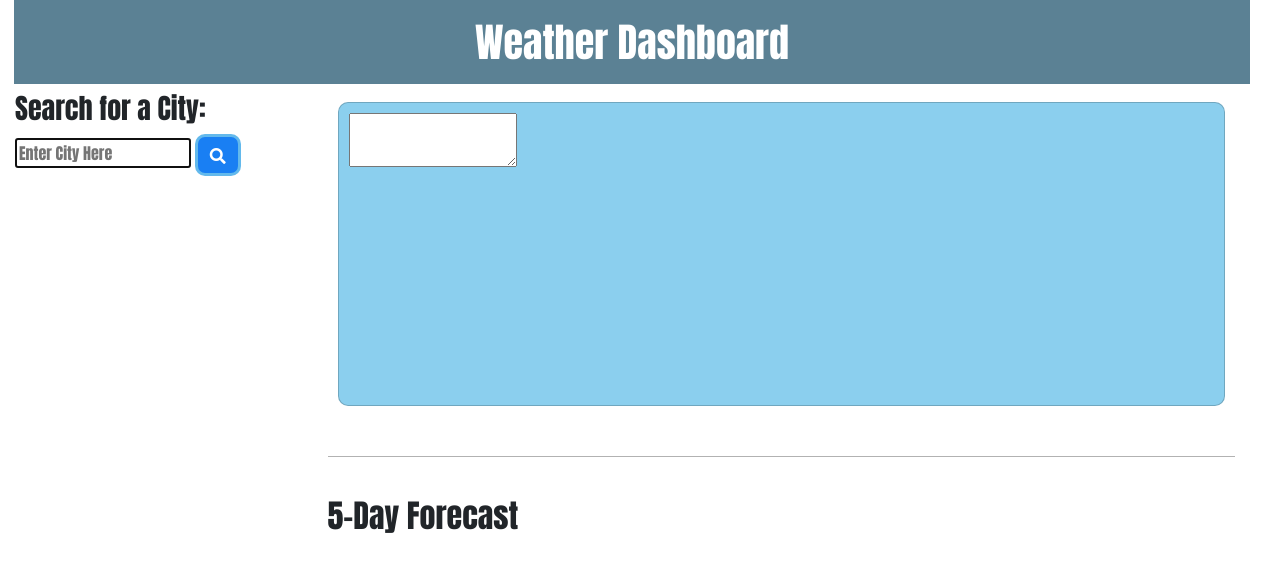
Repository: KHudaKoz/Weather-dashboard
Page: index.html
The author's editor kept a copy of each file at every save. The page is drawn from the files as they stood at one save, then again after a run of saves.
The browser window is 1280 px wide. The pictures show the whole page.
Some web libraries are served in a nearby version.

Above is the page before, as saved 2021-01-31 18:54:46.

### index.html
<!DOCTYPE html>
<html lang="en">

<head>
    <meta charset="UTF-8">
    <meta name="viewport" content="width=device-width, initial-scale=1.0">
    <!-- external stylesheets start -->
    <link rel="stylesheet" href="https://stackpath.bootstrapcdn.com/bootstrap/4.3.1/css/bootstrap.min.css" />
    <link rel="stylesheet" href="https://use.fontawesome.com/releases/v5.8.1/css/all.css"
        integrity="sha384-50oBUHEmvpQ+1lW4y57PTFmhCaXp0ML5d60M1M7uH2+nqUivzIebhndOJK28anvf" crossorigin="anonymous" />
    <link href="https://fonts.googleapis.com/css?family=Open+Sans&display=swap" rel="stylesheet" />
    <!-- external stylesheets end -->
    <!-- local stylesheets start -->
    <link rel="stylesheet" href="assets\css\style.css" />
    <!-- local stylesheets end -->
    <title>Weather Dashboard</title>

</head>

<body class="flex-column min-100-vh">
    <header class="hero">
        <h1 class="dashboard-title">Weather Dashboard</h1>
    </header>

    <main class="container">
        <div class="row">
            <div class="col-3 col-md-3">
                <div class="card">
                    <h3 class="search-header">Search for a City:</h3>
                    <div id="search-form" class="search">
                        <input id="citySearch" class="city-search-input" type="text" autofocus="true" autocomplete="off"
                            placeholder="Enter City Here" />
                        <button id="search-button" class="btn searchBtn"><i
                                class="fas fa-search"></i></button>
                    </div>
                </div>
                <!-- HISTORY SEARCH LIST -->
                <div class="card"></div>
                <div id="select-city" class="city-selected">
                    <section id="button" class="fuckup"> </section>

                    <!-- list section to display city search history for user recall -->
                    <div id="history-area" class="history list">
                    </div>
                </div>
            </div>
               <div class="col-9 col-md-9">
            <div class="current-weather-container">
                <div id="current-weather"><textarea> </textarea></div>
                <div id="uv-display-styles"></div>
            </div>
            <br>
            <hr>
            <br>
            <h2>5-Day Forecast</h2>
            <div id="5day" class="row">

            </div>
        </div>
        </div>

    </main>
    <script src="https://code.jquery.com/jquery-3.5.1.min.js"></script>
    <script src="https://cdnjs.cloudflare.com/ajax/libs/moment.js/2.24.0/moment.min.js"></script>
    <script src="assets\js\script.js"></script>
</body>

</html>

### assets/css/style.css
:root {
    --primary-color: #5b8194;
    --secondary-color: #ffffff;
    --tertiary-color: #3b5475a6;
  }
*{
    box-sizing: border-box;
    font-family:Impact, Haettenschweiler, 'Arial Narrow Bold', sans-serif;
}


/* start of css */
.dashboard-title {
    background-color: var(--primary-color);
    color: white;
    text-align: center;
    padding: 18px;
    font-weight: lighter;
    margin-right: 30px;
    margin-left: 14px;

}
.container {
    display: flex;
    justify-content: space-between;
    max-width: 100%;
}
.col-sm-8 {
    padding-top: 10px;
}
.row {
    width: 100%;
}
.current-weather-container {
    display: flex;
    background-color: rgba(115, 197, 235, 0.829);
    height: 19rem;
    border: 1px solid rgba(7, 7, 7, 0.2);
    border-radius: 10px;
    margin: 10px;
    padding: 10px;
}

.search-box{
    border: none;
}
.card {
    border: none;
}

.card-header {
    padding: 5px 0px 5px 0px;
    border-bottom: none;
    font-size: 25px;
}

.btn {
    border: 1px solid var(--primary-color);
}
.searchBtn {
    background: rgb(25, 127, 243);
    color: white;
    border: 3px solid rgba(115, 197, 235, 0.829);
    border-radius: 10px;
}

hr {
    border-top: 1px solid black;
    opacity: 0.3;
}

#button {
    display: flex;
    flex-flow: column;
    max-width: 60%;
    background-color: rgba(7, 7, 7, 0.8);
}

.fave {
  background-color: seagreen;
  padding: .2cm;
  border-radius: .14cm;
  box-shadow: rgb(44, 46, 49);

}

.mode{
    background-color: yellow;
    padding: .2cm;
    border-radius: .14cm;
    box-shadow: rgb(44, 46, 49);
}

.seve {
   background-color: red;
   padding: .2cm;
    border-radius: .14cm;
    box-shadow: rgb(44, 46, 49);
}

### assets/js/script.js

//START OF GLOBAL VAR'S

//STORAGE ARRAY FOR SETTING and GETTING.
var cityHistory = []

//SET VAR SET CITYHISTORY STORAGE UNIVERSAL VARIBLE
var memorySet = function () {
    localStorage.setItem("cityHistory", JSON.stringify(cityHistory))
}


//SET VAR MY CITY RETRIEVE
var memoryLoad = function () {
    cityHistory = JSON.parse(localStorage.getItem("cityHistory")) || [];

}

function add(cityName) {
    var element = document.createElement("button");
    element.textContent = cityName;
    element.classList.add('historyChoice');
    element.id = "data-history";
    element.setAttribute('value', cityName),
        document.getElementById('button').appendChild(element);

    console.log(cityName)
}

function card(fiveDw) {
    var container = $('<div>');
    container.addClass("m-3 5para")
    //Date Ele Formating
    var dDate = new Date(fiveDw.dt * 1000);
    // Date specific by order.
    var date = $("<p>").text(dDate.getDay() + "/" + dDate.getMonth() + "/" + dDate.getUTCFullYear());
    var symbols = $('<img>').attr("src", "https://openweathermap.org/img/wn/" + fiveDw.weather[0].icon + ".png")
    var humidity = $("<p>").text(fiveDw.humidity)
    var temp = $("<p>").text(fiveDw.temp.day)
    container.append(date, symbols, temp, humidity)
    $('#5day').append(container)
    //console.log(fiveDw)

}

//FUNCTION FOR EVENT HANDLER LOCATED IN HTML

function myFunction(citySearch) {


    // let citySearch = document.querySelector('#citySearch').value;

    // BEGINNING OF API
    fetch(
        'http://api.openweathermap.org/data/2.5/weather?q=' + citySearch + '&units=Imperial&appid=80537c5878d1c4c5e4b0fb4912dedc85'
    )
        //PROMISE ONE HANDLING DATA RESPONSE
        .then(function (response) {
            return response.json();
        })
        //PROM TWO WORKING WITH DATA RECEIVED
        .then(function (data) {
            //VAR RETRIEVE

            var cityList = data.name;
            if (!data.name) {
                return;
            }
            //PREPPING FOR MEMORY STORAGE WITH VAR DUPLICATE BOLEAN STATEMENT T/F
            var duplicate = false;
            for (let i = 0; i < cityHistory.length; i++) {
                const element = cityHistory[i];

                if (element == cityList) {
                    duplicate = true;
                }

                //console.log(cityList);
            }
            if (!duplicate) {
                cityHistory.push(cityList);
                add(cityList);
                // SET TO STORGE WITH CITYLIST
                memorySet()
            }

            fetch('http://api.openweathermap.org/data/2.5/onecall?lat=' + data.coord.lat + '&lon=' + data.coord.lon + '&units=imperial&appid=80537c5878d1c4c5e4b0fb4912dedc85')

                .then(function (responseUv) {
                    return responseUv.json();
                })

                .then(function (data1) {
                    var uvPlease = data1.daily[0].uvi;
                    console.log(data1);
                    console.log(data);


                    // ADD VARS FOR DYNAMIC FOR MAIN TEMP
                    $("#current-weather").empty();
                    var mainDate = moment().format('L');
                    var cityNameEl = $("<h2>").text(data.name);
                    var dateDisplay = cityNameEl.append("  " + mainDate);
                    var symbols = $('<img>').attr("src", "https://openweathermap.org/img/wn/" + data1.current.weather[0].icon + ".png")
                    var tempEL = $("<p>").text("Tempature : " + data.main.temp + " °" + "F");
                    var humEl = $("<p>").text("Humidity :  " + data.main.humidity + " RH");
                    var windEl = $("<p>").text("Wind Speed :  " + data.wind.speed + "  Mph");
                    var UvEl = $("<texta>").text('UVI: ' + uvPlease);

                    // APPEND DYNAMIC MAIN TEMP
                    var newDiv = $('<div>');
                    newDiv.append(dateDisplay, symbols, tempEL, humEl, windEl, UvEl);
                    $("#current-weather").html(newDiv);


                    // BACKGROUND COLOR CHANGE USING FOR LOOP>

                        // LOW
                        if (uvPlease < 4) {
                            UvEl.addClass("fave")
                        }
                        // Mod
                        else if (uvPlease < 8) {
                            UvEl.addClass("mode")
                        }
                        // HIGh
                        else if (uvPlease < 15) {
                            UvEl.addClass("seve")
                        }




                    // PREVIOUS HISTORY DISPLAY LEFT SIDE DYNAMICALY CRETAT BUTTON


                    //document.getElementById("5day").innerHTML="";
                    $("#5day").empty();
                    for (var i = 1; i < 6; i++) {
                        card(data1.daily[i])

                    }


                });
        })

}


$(document).on("click", ".historyChoice", function (event) {
    var buttonCity = event.target
    var cityName = buttonCity.textContent;
    myFunction(cityName)
});


$('#search-button').on('click', function () {
    let citySearch = document.querySelector('#citySearch').value;
    myFunction(citySearch)
});


$(document).ready(function () {
    memoryLoad();
    for (let i = 0; i < cityHistory.length; i++) {
        const cityList = cityHistory[i];

        add(cityList)
    }


});


    // LOAD ON READY


   // var currentweather = data.weather[0].main;
// Create Functions for button

//function () {city


// fetch (
//      'http://api.openweathermap.org/data/2.5/uvi?lat=' + data.coord.lat + '&lon=' + data.coord.lon + '&units=imperial&appid=80537c5878d1c4c5e4b0fb4912dedc8')

//    .then (function(response) {
//     return response.json();
//    })

//    .then(function(dataUV) {

//    var data = data.value;
//    if(data.vaule >=0 ,2) {

//    }

//     console.log (value)

//    });

//    docume

//    if(!duplicate){
//     // storage.push(cityName);
//     // save();
//     // var city=document.createElement('li');
//     // city.setAttribute("class","list-group-item");
//     // city.setAttribute("value",cityName);
//     // city.textContent=cityName;
//     // listGroup.appendChild(city);

//     // listGroup.innerHTML="";
//     // for (let i = 0; i < memory.length; i++) {
//     // storage.push(memory[i])
//     // var city=document.createElement('li');
//     // city.setAttribute("class","list-group-item");
//     // city.setAttribute("value",memory[i]);
//     // city.textContent=memory[i];
//     // listGroup.appendChild(city);

//we need a var which is as function to retrive input from search term.

//var searchTerm =function () { var searchTerm = document.querySelector('#search-button').value };

//begin the fetch
    //step one we need to fetch the data (Fetch is the call){
        // 'url' + searchTerm + :='api key'
            // promise 1 which orignizing incomming
                // .then function (current-weather) {
                //return current-weather.json();
            // promise 2 which loads the data
                // .then function (current-weather) {
               //console.log(current-weather.data[0]);
//nested fetch for 5 day 3hr forcaste begins
    // 'url' + searchTerm + :='api key'
            // promise 1 which orignizing incomming
                // .then function (fiveday) {
                //return fiveday.json();
            // promise 2 which loads the data
                // .then function (fiveday) {
               //console.log(fiveday.data[0]);

    // to git appropreate response to the correct ontainer
           // var the correcto element name = documents.querySelector ('#idname", "3")
           // create functino of the storage and recall.


//going to need a var for conversion of timiture.
//going to meed a for loop for uv ray indexed
//going to need append icons with loop

After the next 2 saves:
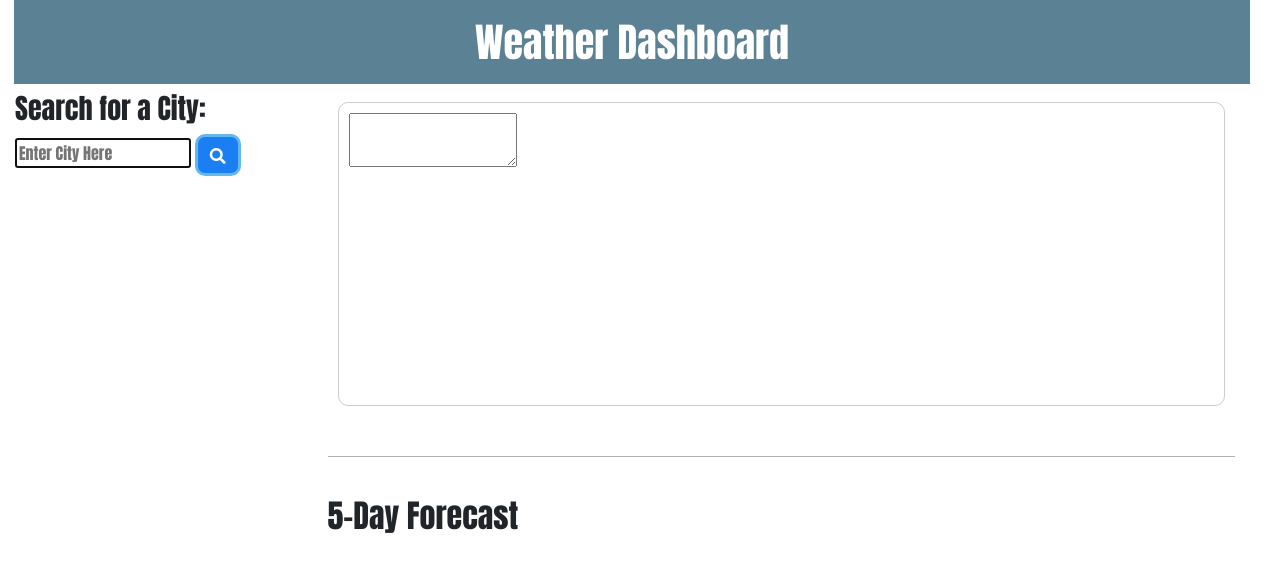
The 2 saves are shown as one change because they came seconds apart.
The last was saved 24 min 1 s later.
--- a/assets/css/style.css
+++ b/assets/css/style.css
@@ -33,7 +33,7 @@
 }
 .current-weather-container {
     display: flex;
-    background-color: rgba(115, 197, 235, 0.829);
+    background-color: rgba(115, 197, 235, 0..125);
     height: 19rem;
     border: 1px solid rgba(7, 7, 7, 0.2);
     border-radius: 10px;
